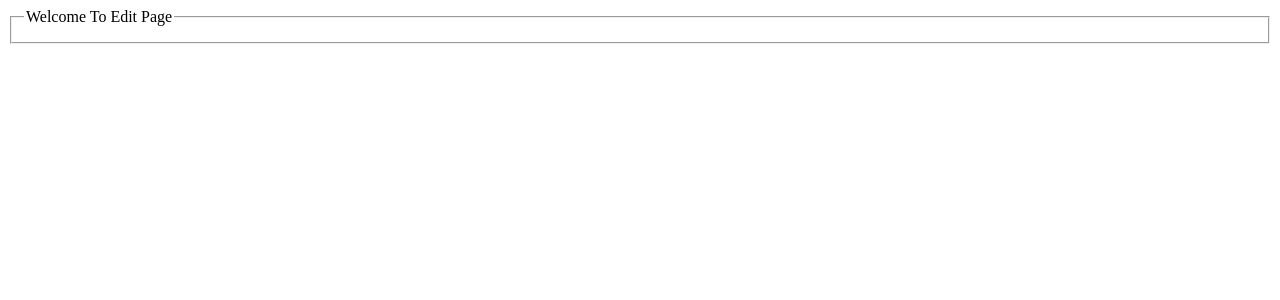
Repository: Tharungandhi/ServeltProject
Page: http://localhost/ServletJDBCApp/edit.jsp
The author's editor kept a copy of each file at every save. The page is drawn from the files as they stood at one save, then again after the next save.
The browser window is 1280 px wide. The pictures show the whole page.
The page is served by Tomcat 9. Nobody is signed in. The application's start-up code is not run.

Above is the page before, as saved 2019-01-29 07:06:15.

After the next save:
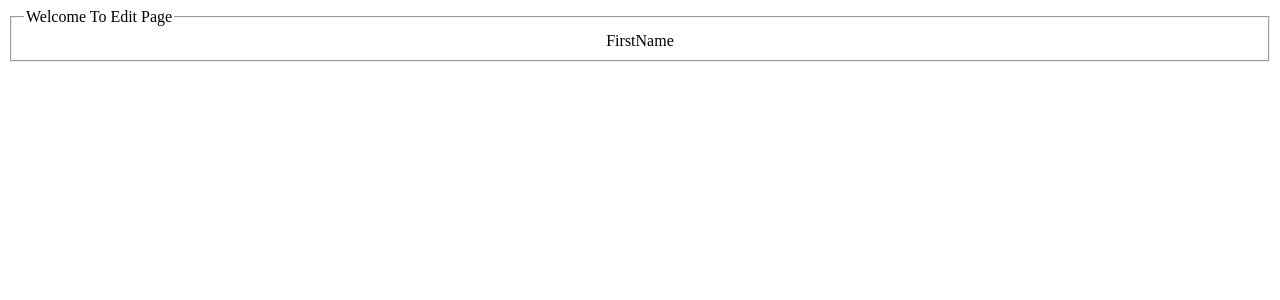
Saved 24 s later.
--- a/ServletJDBCApp/WebContent/edit.jsp
+++ b/ServletJDBCApp/WebContent/edit.jsp
@@ -11,7 +11,7 @@
 <fieldset>
 <legend>Welcome To Edit Page</legend>
 <div align="center">
-
+<label>FirstName</label>
 
 </div>
 </fieldset>
